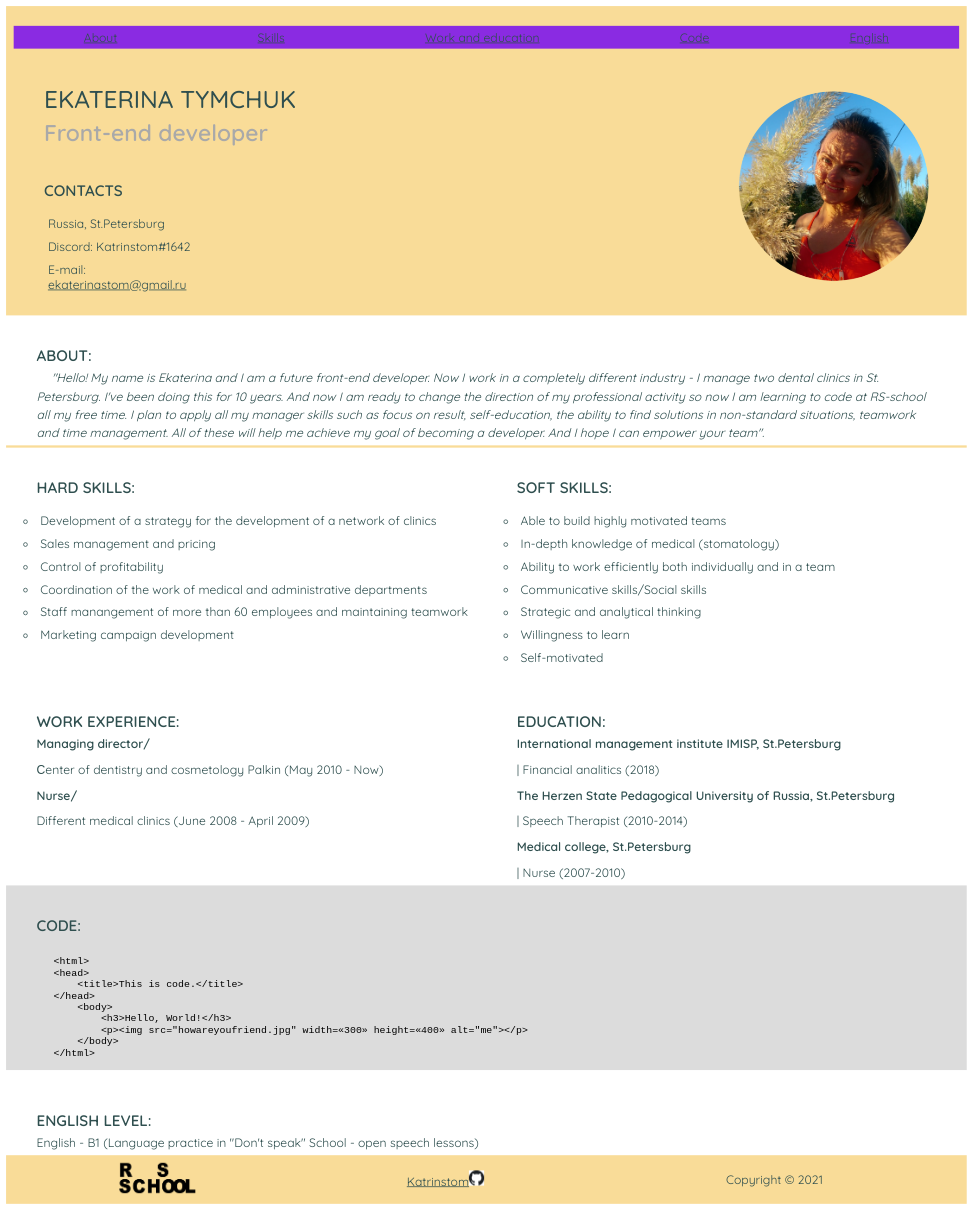
Repository: Katrinstom/rsschool-cv
Page: index.html
The author's editor kept a copy of each file at every save. The page is drawn from the files as they stood at one save, then again after the next save.
The browser window is 1280 px wide. The pictures show the whole page, at 76% of full size.

Above is the page before, as saved 2022-01-02 22:31:01.

After the next save:
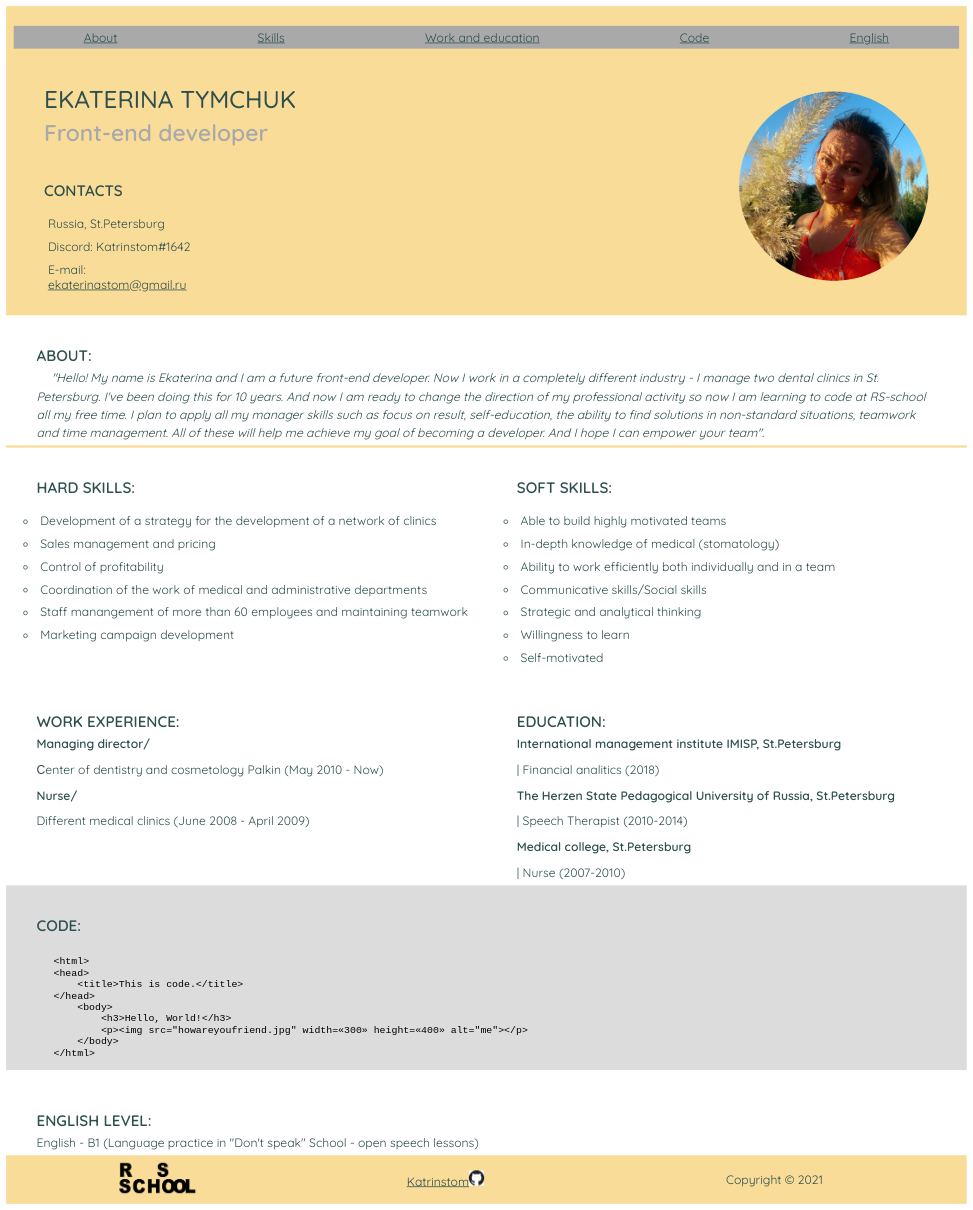
Saved 35 s later.
--- a/style.css
+++ b/style.css
@@ -22,7 +22,8 @@ main {
     justify-content: space-around;
     align-items: center;
     padding: 0;
-    background-color: blueviolet;
+    background-color:darkgrey;
+    ;
 }
 .nav-item {
     list-style: none;
